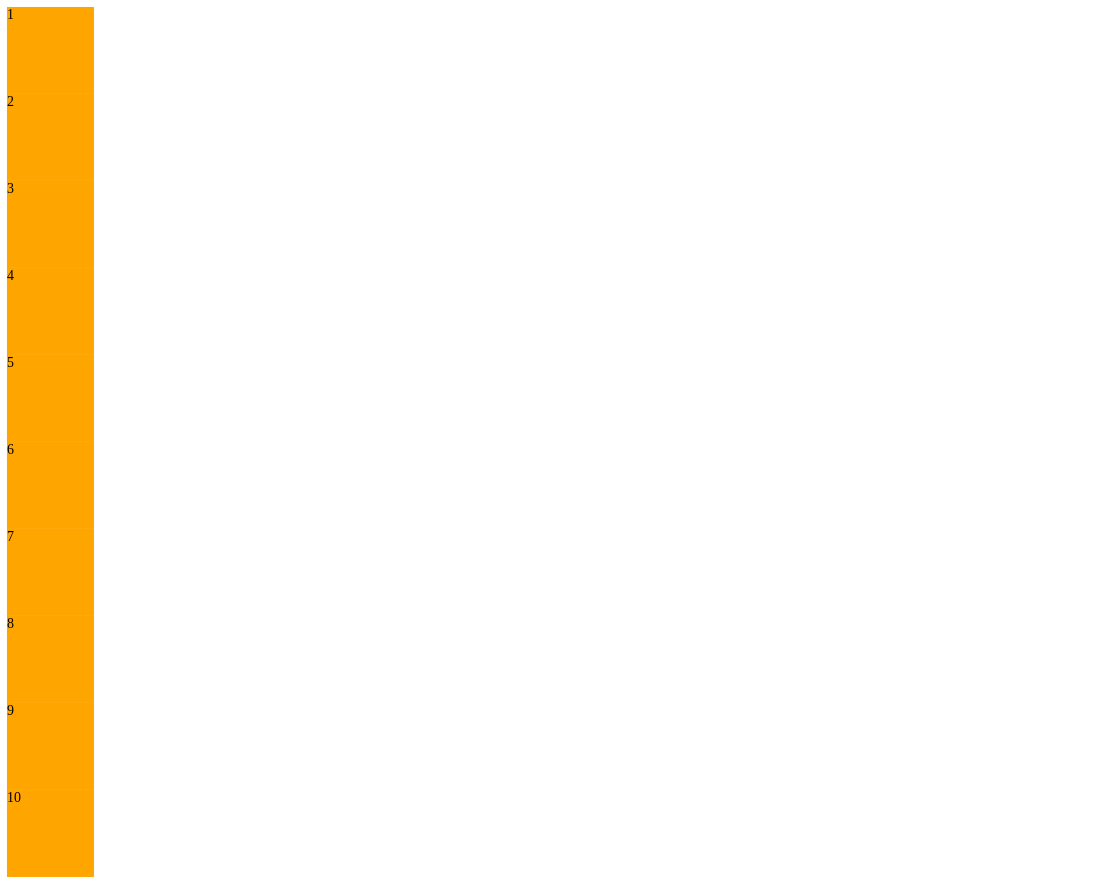
Repository: hminah0215/bitcamp
Page: http://localhost/day0218/exam01/ex11.jsp
An editor plug-in stored every save of this project. The page is shown before and after the next save, followed by the edit.
The browser window is 1280 px wide. The pictures show the whole page, at 87% of full size.
The page is served by Tomcat 9.

Above is the page before, as saved 2020-02-18 01:33:50.

### save_eclipse/day0218/WebContent/exam01/ex11.jsp
<%@ page language="java" contentType="text/html; charset=UTF-8"
    pageEncoding="UTF-8"%>
<!DOCTYPE html>
<html>
<head>
<meta charset="UTF-8">
<title>Insert title here</title>
<style type="text/css">
	div{width: 100px; height: 100px; background: orange;}
</style>
</head>
<body>
 <div>1</div>
 <div>2</div>
 <div>3</div>
 <div>4</div>
 <div>5</div>
 <div>6</div>
 <div>7</div>
 <div>8</div>
 <div>9</div>
 <div>10</div>
</body>
</html>

After the next save:
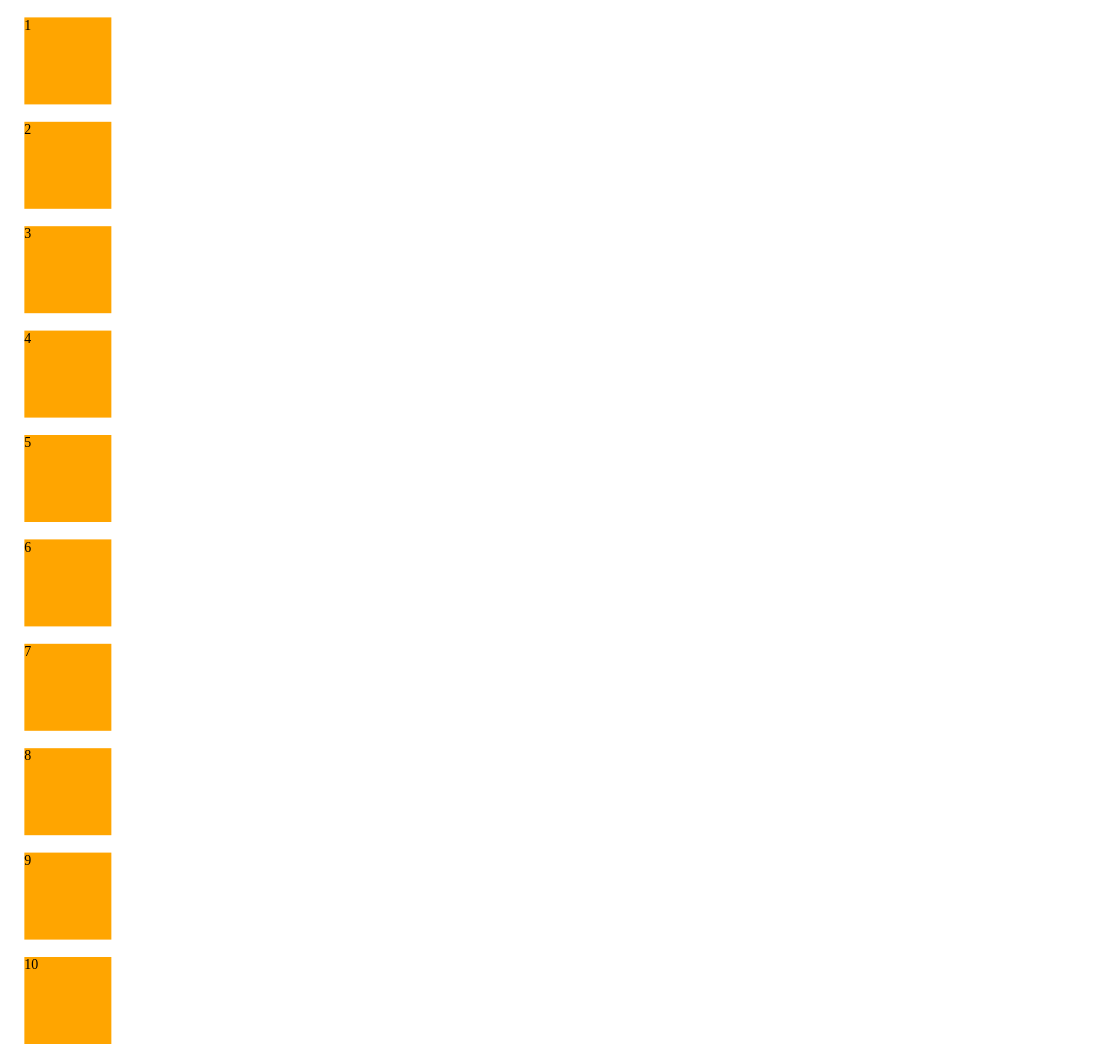
Saved 33 s later.
--- a/save_eclipse/day0218/WebContent/exam01/ex11.jsp
+++ b/save_eclipse/day0218/WebContent/exam01/ex11.jsp
@@ -6,7 +6,7 @@
 <meta charset="UTF-8">
 <title>Insert title here</title>
 <style type="text/css">
-	div{width: 100px; height: 100px; background: orange;}
+	div{width: 100px; height: 100px; background: orange; margin: 20px;}
 </style>
 </head>
 <body>
